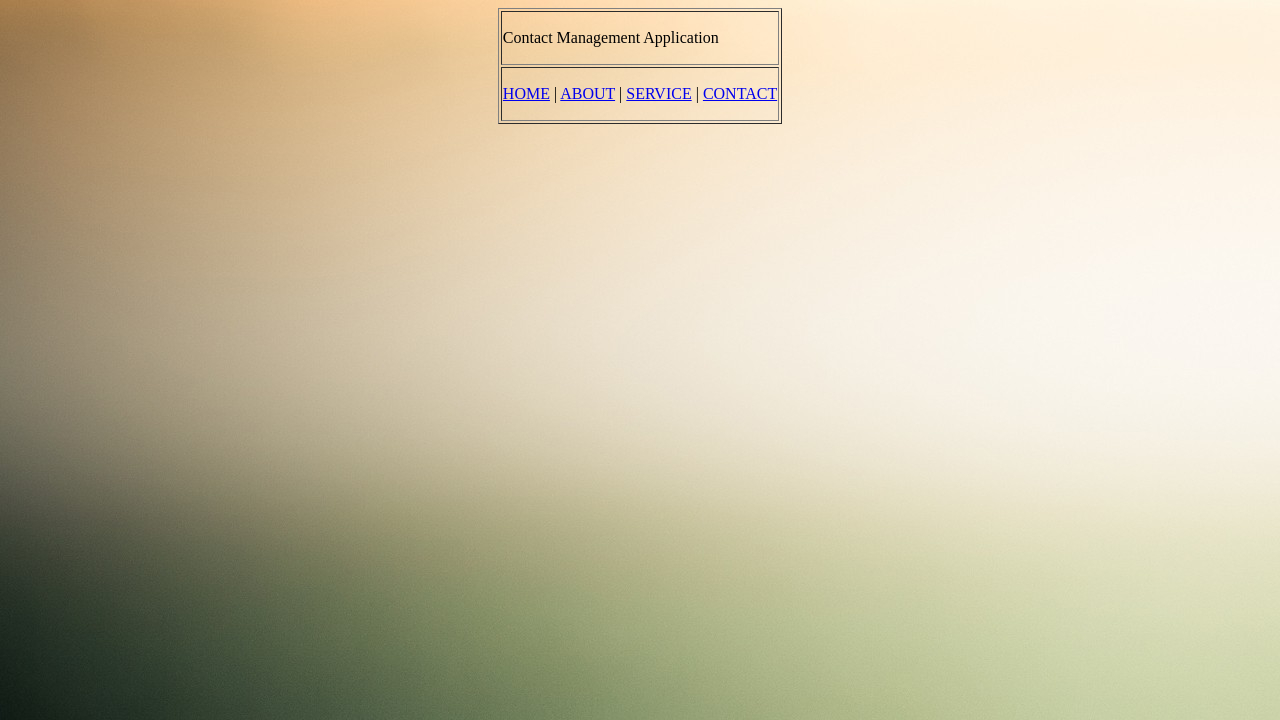
Repository: webutech/Java_Track
Page: http://localhost/MyContactApplication/
The author's editor kept a copy of each file at every save. The page is drawn from the files as they stood at one save, then again after the next save.
The browser window is 1280 px wide. The pictures show the whole page.
The page is served by Tomcat 9. Other server files are loaded and not shown.

Above is the page before, as saved 2017-04-12 05:39:56.

### AdvJavaWS/MyContactApplication/WebContent/index.jsp
<%@ page language="java" contentType="text/html; charset=ISO-8859-1"
    pageEncoding="ISO-8859-1"%>
<!DOCTYPE html PUBLIC "-//W3C//DTD HTML 4.01 Transitional//EN" "http://www.w3.org/TR/html4/loose.dtd">
<html>
<head>
<meta http-equiv="Content-Type" content="text/html; charset=ISO-8859-1">
<title>CMS</title>
</head>
<body background="image/bg.jpg">

<table border="1" style="margin: auto;">
<tr>
	<td>
		<jsp:include page="header.jsp"/>
	</td>
</tr>
<tr>
	<td>
		<jsp:include page="navigation.jsp"/>
	</td>
</tr>
</table>

</body>
</html>

### AdvJavaWS/MyContactApplication/WebContent/header.jsp
<p>
	Contact Management Application
</p>

### AdvJavaWS/MyContactApplication/WebContent/navigation.jsp
<p>
	<a href="#">HOME</a> |
	<a href="#">ABOUT</a> |
	<a href="#">SERVICE</a> |
	<a href="#">CONTACT</a>

</p>

### AdvJavaWS/MyContactApplication/WebContent/login.jsp
<form action="loginProcess.jsp" method="post">
	<table border="1">
		<tr>
			<td>user id</td>
			<td><input type="text" name="userid"/></td>
		</tr>

		<tr>
			<td>password</td>
			<td><input type="password" name="password"/></td>
		</tr>
		<tr>

			<td colspan="2" style="text-align: right;"><a href="registration.jsp">Registration</a>&nbsp;&nbsp;<input type="submit" value="Login"/></td>
		</tr>

	</table>

</form>

After the next save:
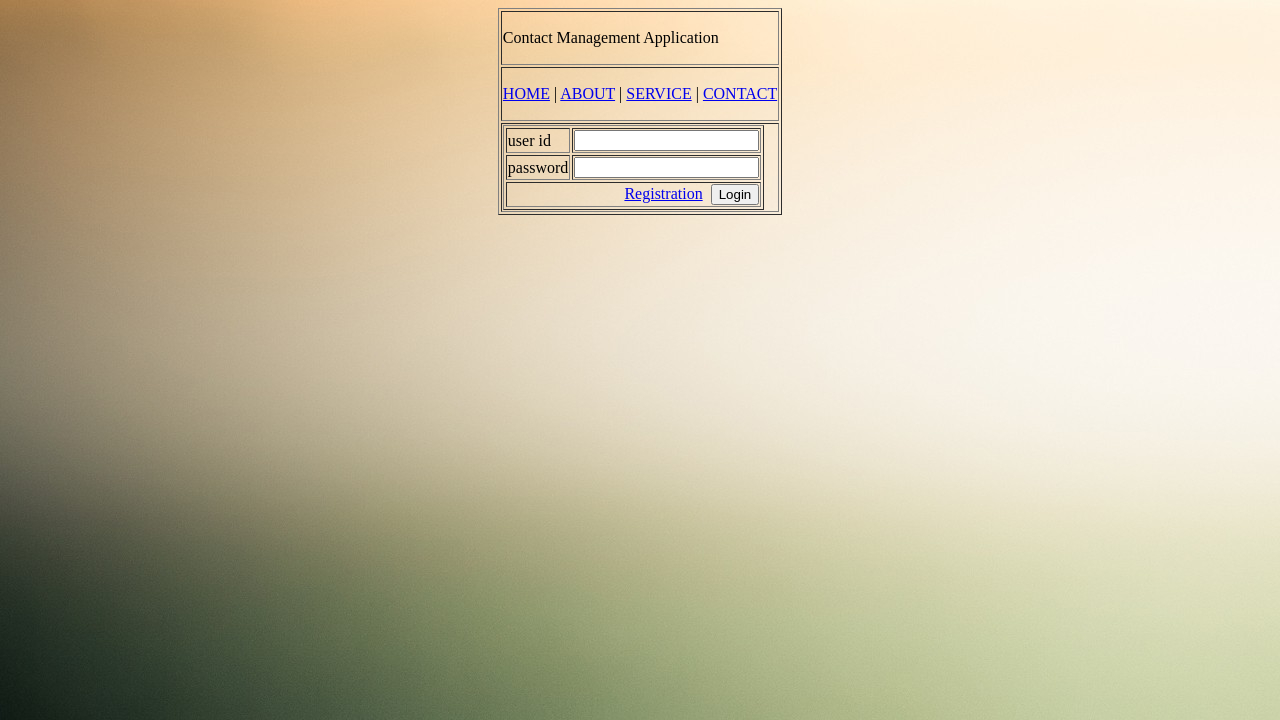
Saved 21 s later.
--- a/AdvJavaWS/MyContactApplication/WebContent/index.jsp
+++ b/AdvJavaWS/MyContactApplication/WebContent/index.jsp
@@ -19,6 +19,11 @@
 		<jsp:include page="navigation.jsp"/>
 	</td>
 </tr>
+<tr>
+	<td>
+		<jsp:include page="login.jsp"/>
+	</td>
+</tr>
 </table>
 
 </body>
